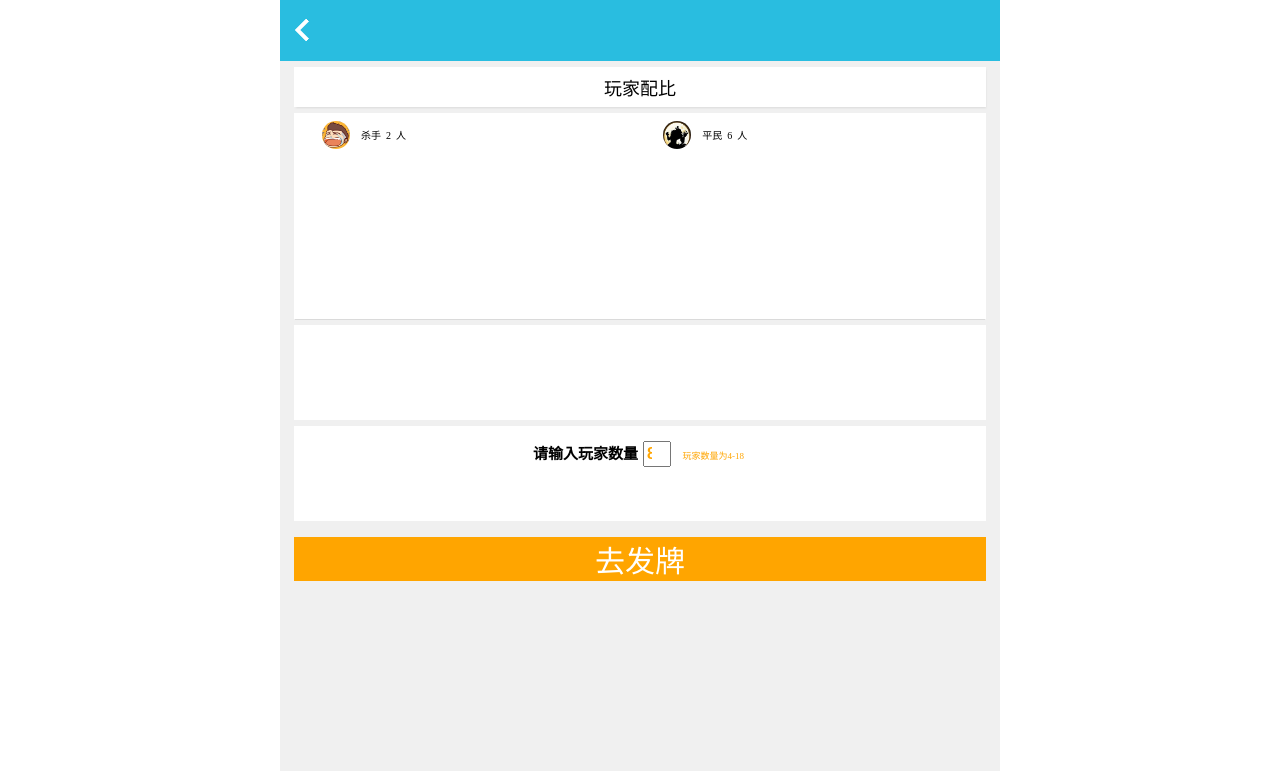
Repository: leozhangpd/My-Codes
Page: JS/two-project/deploy_page.html
An editor plug-in stored every save of this project. The page is shown before and after the next save, followed by the edit.
The browser window is 1280 px wide. The pictures show the whole page.

Above is the page before, as saved 2020-11-09 17:47:10.

### JS/two-project/deploy_page.html
<!DOCTYPE html>
<html lang="en">
    <head>
        <meta charset="UTF-8">
        <meta name="viewport" content="width=device-width,initial-scale=1.0,maximum-scale=1.0,user-scalable=0" />
        <link rel="stylesheet" href="css/deploy_page.css" type="text/css">
        <title>匹配</title>
    </head>
    <body>
        <header>
            <a href='home_page.html'></a>
        </header>
        <main>
            <div class="title">玩家配比</div>
            <ul class="list">
                <li>
                    <img src="images/footman.png">
                    <span>杀手&nbsp;&nbsp;2&nbsp;&nbsp;人</span>
                </li>
                <li>
                    <img src="images/wolf.png">
                    <span>平民&nbsp;&nbsp;6&nbsp;&nbsp;人</span>
                </li>
            </ul>
            <div class="work-group"></div>
            <div class="player-number">
                <span>请输入玩家数量</span>&nbsp;
                <input type="number" value="8">&nbsp;&nbsp;
                <span>玩家数量为4-18</span>
            </div>
            <botton id="btn">去发牌</botton>
        </main>
        <footer></footer>
    </body>
</html>

### JS/two-project/css/deploy_page.css
ul{
    list-style-type: none;
    margin: 0;padding: 0;
}
button{
    outline: none;
    border:none;
}
html{
    font-size: 62.5%;
    background: #fff;
    height: 100vh;
}
body{
    height: 100%;
    margin:0 auto;
    padding-bottom: 4%;
    max-width: 720px;
    min-width: 320px;
    background: #f0f0f0;
}
header{
    padding: 3% 5% 3% 2.5%;
    background-color: #29bde0;
}
header>a{
    display: inline-block;
    padding: 8px;
    box-shadow: inset 4px -4px 0 0 #ffffff;
    transform: rotate(45deg);
}
header>button div{
    margin-top: .5rem;
    height: .3rem;
    background-color: #fff;
}
main{
    margin:0 auto;
    width: 96%;
}
main>*{background-color: #fff;}
.title{
    padding: .7rem 0;
    margin: .6rem 0;
    text-align: center;
    font-size: 1.8rem;
    font-weight: 540;
    box-shadow: 1px 2px 2px -1px rgb(218, 218, 218);
}
.list{
    min-height: 19rem;
    padding: 8px 0;
    box-shadow: 0 2px 0 -1px rgb(218, 218, 218);
}
.list>li{
    display: inline-block;
    width: 45%;
    margin-left: 4%;
}
.list img{
    float: left;
    width: 28px;
    border-radius: 50%;
}
.list>li>span{
    display: block;
    padding: 6px 0 0 39px;
}
.work-group,
.player-number{
    margin: .6rem 0;
    padding: 1.5rem 3rem;
    min-height: 6.5rem;
    text-align: center;
}
.player-number>span:nth-child(1),
.player-number>input{
    font-size: 1.5rem;
    font-weight: bold;
}
.player-number>input{
    font-size: 1.6rem;
    width: 2rem;
    height: 2rem;
    text-align: center;
}
.player-number>input,
.player-number>span:nth-of-type(2){
    color: orange;
}
.player-number>span:nth-of-type(2){
    display: inline-block;
    transform: scale(0.9);
}
#btn{
    display: inline-block;
    width: 100%;
    margin-top: 10px;
    text-align: center;
    font-size: 3rem;
    color: white;
    background: orange;
}

After the next save:
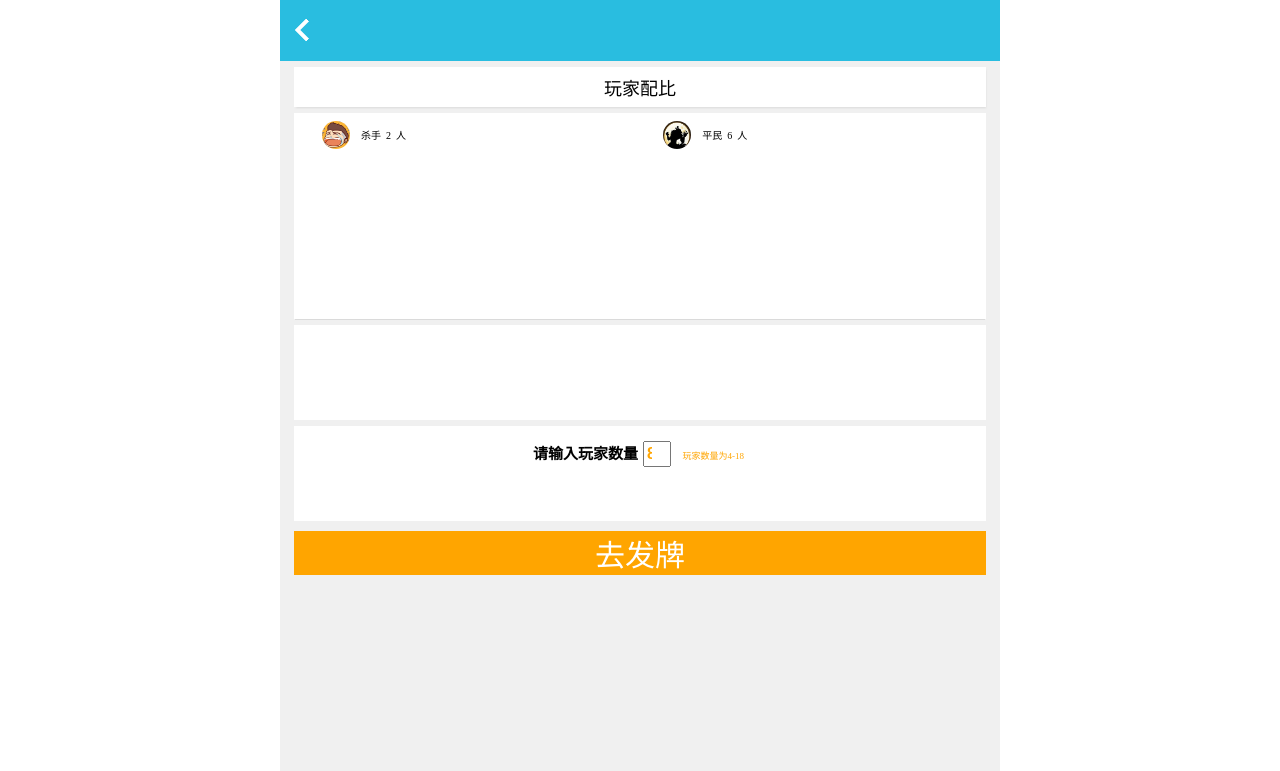
Saved 17 s later.
--- a/JS/two-project/css/deploy_page.css
+++ b/JS/two-project/css/deploy_page.css
@@ -95,7 +95,7 @@ main>*{background-color: #fff;}
 #btn{
     display: inline-block;
     width: 100%;
-    margin-top: 10px;
+    margin-top: 4px;
     text-align: center;
     font-size: 3rem;
     color: white;
